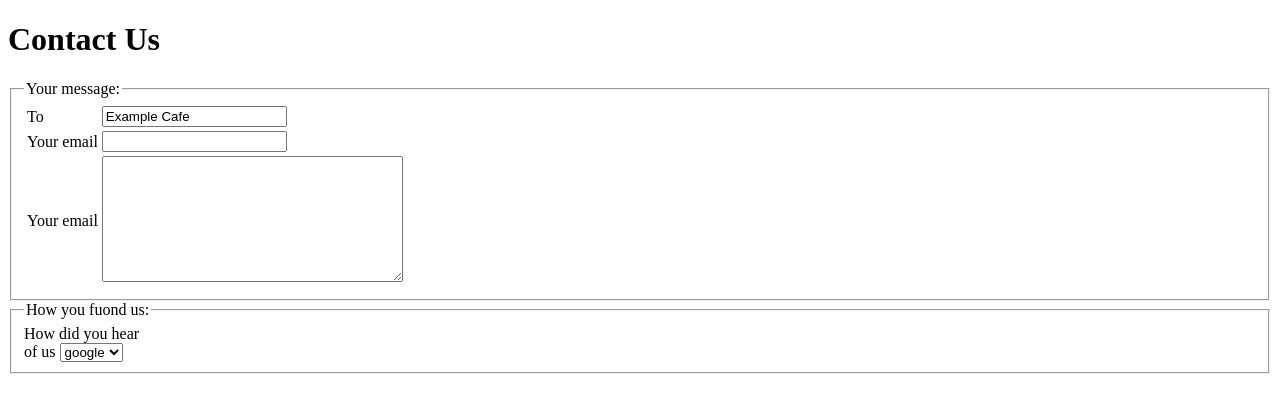
Repository: PhamChiXuan1/HTCNW_tuan3_DHCNTT16C_PhamChiXuan_20030131
Page: bt15.html
An editor plug-in stored every save of this project. The page is shown before and after the next save, followed by the edit.
The browser window is 1280 px wide. The pictures show the whole page.

Above is the page before, as saved 2022-02-28 11:57:45.

After the next save:
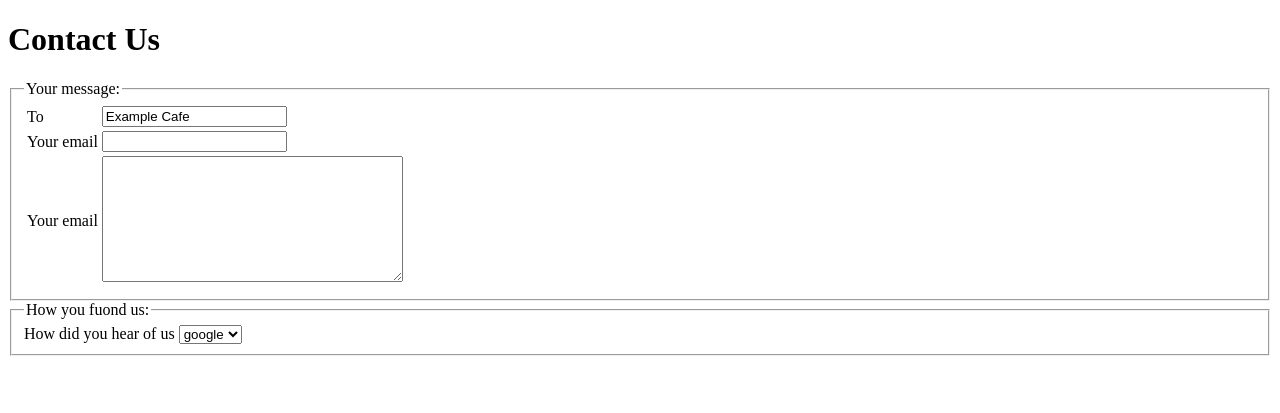
Saved 11 s later.
--- a/bt15.html
+++ b/bt15.html
@@ -29,7 +29,7 @@
         <legend>How you fuond us:</legend>
         <tr>
             <td>
-                How did you hear <br>of us
+                How did you hear of us
             <td>
                 <select>
                     <option>google</option>
